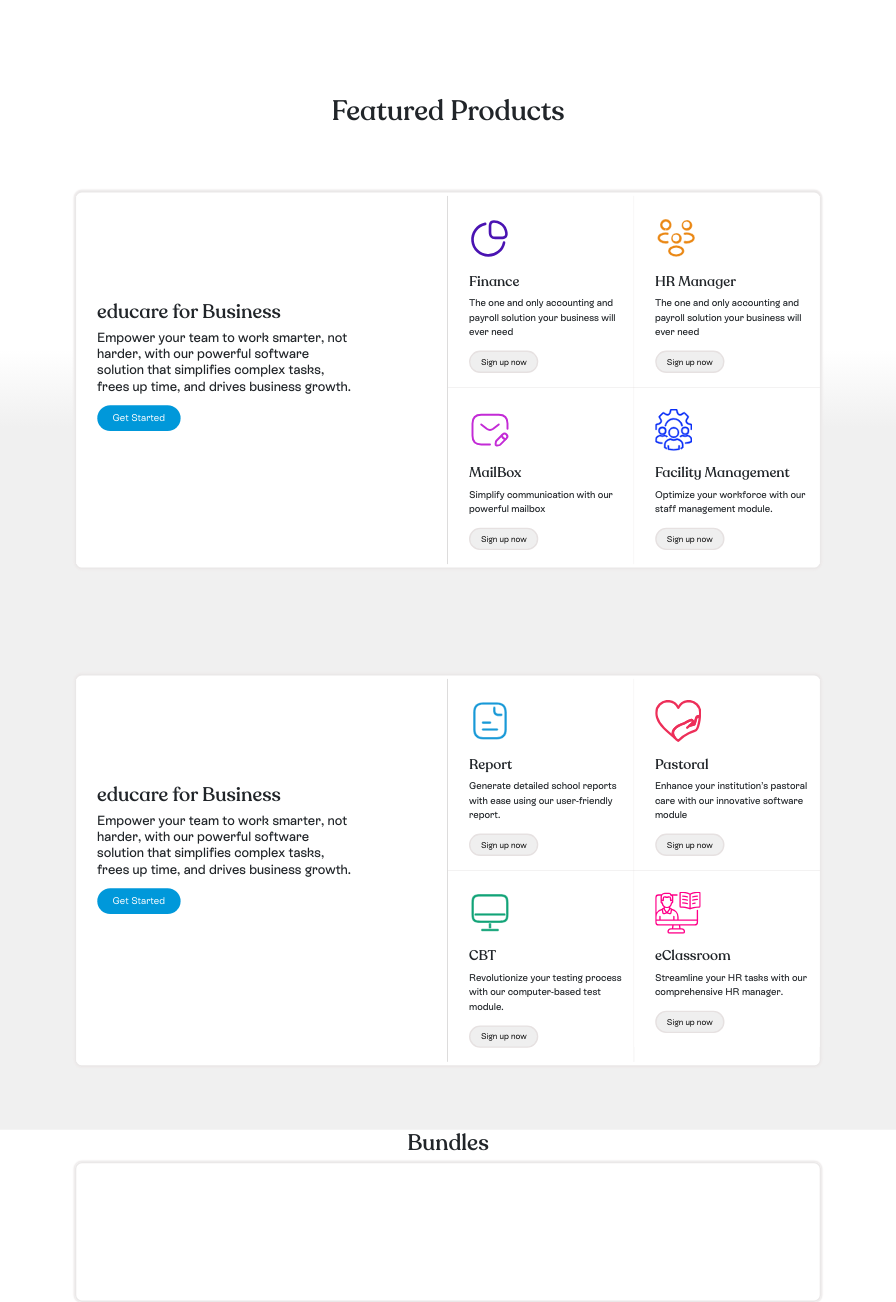
Repository: sarahnnanyelugo/educare-web
Page: /
These files come from the project's save history. The page is drawn as it stood at one moment and after the next save; the edit follows.
The browser window is 1280 px wide. The pictures show the part of the page from y = 927 to 2847 px (the page is 2787 px tall before and 2847 px after), at 70% of full size.
The project was rebuilt for these pictures with package versions that can differ from the ones it lists, and the page was loaded fresh each time.

Above is the page before, as saved 2023-04-05 09:49:18.

### src/App.jsx
import React from "react";
import logo from "./logo.svg";
import "./App.scss";
import "bootstrap/dist/css/bootstrap.min.css";
import { BrowserRouter, Routes, Route, Link, Outlet } from "react-router-dom";
import NavBar from "./components/NavBar/NavBar";
import { Home } from "./pages/Home/Home";

function App() {
  return (
    <>
      {" "}
      <NavBar />
      <Routes>
        <Route path="/" element={<Home />} />
      </Routes>
    </>
  );
}

export default App;

### src/App.scss
@font-face {
  font-family: rebondG;
  src: url(./assets/fonts/Rebond_font/RebondG.otf);
}
@font-face {
  font-family: rebondG-Bold;
  src: url(./assets/fonts/Rebond_font/RebondG-Bold.otf);
}
@font-face {
  font-family: rebondG-Medium;
  src: url(./assets/fonts/Rebond_font/RebondGrotesqueMedium.otf);
}

@font-face {
  font-family: recoMedium;
  src: url(./assets/fonts/Recoleto-font/RecoletaAlt-Medium.ttf);
}

h1,
h2,
h3,
h4,
h5,
h6 {
  font-family: recoMedium;
}
p {
  font-family: rebondG-Medium;
}
@media screen and (min-width: 620px) {
  .flexy {
    display: flex;
  }
}

### src/components/NavBar/NavBar.tsx
import React from "react";
import Logo from "../../assets/images/educare-logo.png";
import { Link, NavLink } from "react-router-dom";
import "./_navbar.scss";

function NavBar() {
  return (
    <div className="navbar-container">
      <div className="logo-holder  ">
        {" "}
        <Link to={"/"}>
          {" "}
          <img className="   logo" src={Logo} alt="Scholar" />
        </Link>
      </div>
      <ul className=" list-inline list-unstyled nav-links-container">
        <li className="list-inline-item">
          <NavLink to={""} className="nav-links">
            Solutions{" "}
            <span>
              <i className="icofont-curved-down"></i>
            </span>
          </NavLink>
        </li>{" "}
        <li className="list-inline-item">
          <NavLink to={""} className="nav-links">
            Resources
          </NavLink>
        </li>{" "}
        <li className="list-inline-item">
          <NavLink to={""} className="nav-links">
            Pricing
          </NavLink>
        </li>{" "}
        <li className="list-inline-item">
          <NavLink to={""} className="nav-links">
            Support
          </NavLink>
        </li>
      </ul>
      <div className="nav-buttons">
        <button className="sign-in-button">Log in</button>
        <button className="get-started-button">Get Started</button>
      </div>
    </div>
  );
}

export default NavBar;

### src/pages/Home/Home.tsx
import React from "react";
import { RandomComponent } from "./RandomComponent/RandomComponent";
import "./_home.scss";
import RedIcon from "../../assets/images/red-dots.svg";
import BlueIcon from "../../assets/images/blue-dots.svg";
import YellowIcon from "../../assets/images/yellow-dots.svg";
import HalfCircle from "../../assets/images/half-circle.svg";
import People from "../../assets/images/people.svg";
import Mail from "../../assets/images/edit.svg";
import People2 from "../../assets/images/people2.svg";
import Pastoral from "../../assets/images/pastoral.svg";
import Chart from "../../assets/images/chart.svg";
import Screen from "../../assets/images/screen.svg";
import Classroom from "../../assets/images/read-book.svg";
import Features from "./Features/Features";

export const Home = () => {
  return (
    <>
      <div className="col-md-12 modern-solutions-container">
        <center>
          <div className="col-md-6">
            <h1>Modern solution for your Business</h1>
            <p>
              Unlock Your Business’s Potential with Cutting-Edge Software
              Solutions Designed to Streamline Operations, Optimize Performance,
              and Drive Growth.
            </p>
            <button className="gs-button">Get started</button>
            <button className="request-button">Request for a demo</button>
          </div>
        </center>
      </div>
      <div className="col-md-12 actions-container">
        <div className="col-md-4">
          <div className="col-md-9">
            {" "}
            <RandomComponent
              title="Pick your tools"
              icon={RedIcon}
              paragraph=" Unlock Your Business Potential with Cutting-Edge Software  Solutions Designed to Streamline"
            />
          </div>
        </div>
        <div className="col-md-4">
          <div className="col-md-9">
            {" "}
            <RandomComponent
              title="work smart not hard"
              icon={YellowIcon}
              paragraph="Choose from our wide range of tools and select the ones that best fit Your business’s unique needs and goals.”"
            />
          </div>
        </div>
        <div className="col-md-4">
          <div className="col-md-9">
            {" "}
            <RandomComponent
              title="We’ve got your back"
              icon={BlueIcon}
              paragraph="You can count on our support and expertise every step of the way, so you can focus on your business’s growth and success."
            />
          </div>
        </div>
      </div>
      <div className="features-heading">
        <center>
          <h1>Featured Products</h1>
        </center>
      </div>
      <div
        className="col-md-12  flexy features-holder"
        style={{ paddingBottom: "150px" }}
      >
        <div className="col-md-1">&nbsp;</div>
        <div className="col-md-10  features-container flexy">
          <div className="col-md-6 first-container">
            <h3>educare for Business</h3>
            <p>
              Empower your team to work smarter, not harder, with our powerful
              software solution that simplifies complex tasks, frees up time,
              and drives business growth.
            </p>
            <button>Get Started</button>
          </div>
          <div className="col-md-6">
            <div className="col-md-12 flexy">
              {" "}
              <div className="col-md-6 right-features">
                <Features
                  feature="Finance"
                  detail="The one and only accounting and payroll solution your business will ever need"
                  icon={HalfCircle}
                />{" "}
              </div>{" "}
              <div className="col-md-6">
                <Features
                  feature="HR Manager"
                  detail="The one and only accounting and payroll solution your business will ever need"
                  icon={People2}
                />{" "}
              </div>
            </div>
            <div className="col-md-12 flexy second-grid">
              {" "}
              <div className="col-md-6 right-features">
                <Features
                  feature="MailBox"
                  detail="Simplify communication with our powerful mailbox"
                  icon={Mail}
                />{" "}
              </div>{" "}
              <div className="col-md-6">
                <Features
                  feature="Facility Management"
                  detail="Optimize your workforce with our staff management module."
                  icon={People}
                />{" "}
              </div>
            </div>
          </div>
        </div>
      </div>{" "}
      <div className="col-md-12  flexy features-holder2">
        <div className="col-md-1">&nbsp;</div>
        <div className="col-md-10  features-container flexy ">
          <div className="col-md-6 first-container">
            <h3>educare for Business</h3>
            <p>
              Empower your team to work smarter, not harder, with our powerful
              software solution that simplifies complex tasks, frees up time,
              and drives business growth.
            </p>
            <button>Get Started</button>
          </div>
          <div className="col-md-6">
            <div className="col-md-12 flexy">
              {" "}
              <div className="col-md-6 right-features">
                <Features
                  feature="Report"
                  detail="Generate detailed school reports with ease using our user-friendly report."
                  icon={Chart}
                />{" "}
              </div>{" "}
              <div className="col-md-6">
                <Features
                  feature="Pastoral"
                  detail="Enhance your institution’s pastoral care with our innovative software module"
                  icon={Pastoral}
                />{" "}
              </div>
            </div>
            <div className="col-md-12 flexy second-grid">
              {" "}
              <div className="col-md-6 right-features">
                <Features
                  feature="CBT"
                  detail="Revolutionize your testing process with our computer-based test module."
                  icon={Screen}
                />{" "}
              </div>{" "}
              <div className="col-md-6">
                <Features
                  feature="eClassroom"
                  detail="Streamline your HR tasks with our comprehensive HR manager."
                  icon={Classroom}
                />{" "}
              </div>
            </div>
          </div>
        </div>
      </div>
      <center className="mt">
        <h2>Bundles</h2>
      </center>
      <div className="col-md-12 bundles-container flexy">
        <div className="col-md-1">&nbsp;</div>
        <div className="col-md-10 bundles"></div>
      </div>
    </>
  );
};

### src/components/NavBar/_navbar.scss
@import "../../variables";
@import "../../shared-styles";

.navbar-container {
  background: inherit;
  padding: 5px 80px;
  display: flex;

  .logo-holder {
    flex-grow: 1;
  }
  .nav-links-container {
    flex-grow: 1;
    margin-top: 20px;
    .nav-links {
      margin: 20px;
      color: #6f6f71;
      text-decoration: none;
      font-family: rebondG-Bold;
    }
    li {
      padding: 3px 0px;
      border-radius: 35px;
      transition: 0.5s ease;
      &:hover {
        background: rgb(224, 222, 222) !important;

        border: solid 1px grey;
      }
    }
  }
  .nav-buttons {
    .get-started-button {
      @include get-started-button;
      margin-left: 10px;
      margin-top: 20px;
    }
    .sign-in-button {
      @include login-or-signup-button;
      margin-top: 20px;
    }
  }
}

### src/pages/Home/RandomComponent/RandomComponent.tsx
import React from "react";
import "./_random-component.scss";
export interface RandomComponentProps {
  title: string;
  paragraph: string;
  icon: string;
}
export const RandomComponent = (props: RandomComponentProps) => {
  return (
    <div className="col-md-12 random-container">
      <div className="heading">
        {" "}
        <img className="" src={props.icon} alt="Scholar" width="100%" />
        <h3>{props.title}</h3>
      </div>
      <p>{props.paragraph}</p>
    </div>
  );
};

### src/pages/Home/_home.scss
@import "../../variables";
@import "../../shared-styles";

.modern-solutions-container {
  padding-top: 80px;
  padding-bottom: 150px;
  background: rgb(240, 240, 240);
  background: linear-gradient(
    0deg,
    rgba(240, 240, 240, 1) 51%,
    rgba(255, 255, 255, 1) 67%
  );

  h1 {
    font-family: recoMedium;
  }
  p {
    font-family: rebondG-Medium;
    font-size: 20px;
    margin-top: 15px;
  }
  .gs-button {
    @include get-started-button;
  }
  .request-button {
    @include login-or-signup-button;
    margin-left: 5px;
  }
}
.actions-container {
  background: $lightblue;
  height: fit-content;
  display: flex;
  padding: 80px 100px;
}
.features-heading {
  margin-top: 170px;
  margin-bottom: 90px;
}
.features-container {
  border: solid 2px rgb(234, 232, 232);
  box-shadow: 0 0 2px 2px rgb(238, 235, 235);
  border-radius: 10px !important;
  height: fit-content;
  // margin-top: 20px;
  padding-bottom: 5px;
  padding-top: 5px;
  background: #fff;
  .first-container {
    padding-right: 130px;
    background: #fff;
    padding-left: 30px;
    border-right: solid 1px rgb(206, 205, 205);
    h3 {
      margin-top: 150px;
    }
    p {
      font-size: 19px;
      line-height: 23px;
    }
    button {
      @include get-started-button;
      margin-bottom: 120px;
    }
  }
  .second-grid {
    border-top: solid 1px rgb(231, 228, 228);
    // box-shadow: 0 0 1px 1px rgb(238, 235, 235);
  }
  .right-features {
    // box-shadow: 0 0 1px 1px rgb(238, 235, 235);
    border-right: solid 1px rgb(231, 228, 228);
  }
}
.features-holder {
  background: rgb(240, 240, 240);
  background: linear-gradient(
    0deg,
    rgba(240, 240, 240, 1) 51%,
    rgba(255, 255, 255, 1) 67%
  );
}
.features-holder2 {
  background: rgb(240, 240, 240);
  background: linear-gradient(
    0deg,
    rgba(255, 255, 255, 1) 67% rgba(240, 240, 240, 1) 51%
  );
  padding-bottom: 90px;
}
.bundles {
  border: solid 2px rgb(234, 232, 232);
  box-shadow: 0 0 2px 2px rgb(238, 235, 235);
  border-radius: 10px !important;
  height: 200px;
  // margin-top: 20px;
  padding-bottom: 5px;
  padding-top: 5px;
}

### src/pages/Home/Features/Features.tsx
import React from "react";
import "./_features.scss";
export interface featuresProps {
  feature: string;
  detail: string;
  icon: string;
}
export const Features = (props: featuresProps) => {
  return (
    <>
      <div className="col-md-12 features">
        <img className="" src={props.icon} alt="Scholar" />
        <h5>{props.feature}</h5>
        <p>{props.detail}</p>
        <button>Sign up now</button>
      </div>
    </>
  );
};

export default Features;

### src/_variables.scss
$blue: #0098da;
$lightblue: #e1f2fa;

@mixin get-started-button {
  background-color: $blue;
  color: #fff;
  border-radius: 35px;
  border: none;
  padding: 8px 22px;
  font-size: 14px;
  font-family: rebondG;
  &:hover {
    background: #005b83;
    transition: 0.5s ease;
  }
}
@mixin login-or-signup-button {
  baclground: #fff;
  color: black;
  border-radius: 20px;
  padding: 5px 15px;
  font-size: 12px;
  border: none;
  border: solid 2px rgb(230, 225, 225);
  font-family: rebondG;
  &:hover {
    background: grey;
    transition: 0.5s ease;
  }
}

### src/_shared-styles.scss
.mt1 {
  margin-top: 10px;
}
.mt2 {
  margin-top: 20px;
}
.mt3 {
  margin-top: 30px;
}
.mt4 {
  margin-top: 40px;
}
.mt5 {
  margin-top: 50px;
}
.mt6 {
  margin-top: 60px;
}
.mt7 {
  margin-top: 70px;
}
.mt8 {
  margin-top: 80px;
}
.mt9 {
  margin-top: 90px;
}

### src/pages/Home/RandomComponent/_random-component.scss
.random-container {
  img {
    width: 20px;
    // margin-right: 10px;
  }
  .heading {
    display: flex;
    h3 {
      font-family: recoMedium;
      margin-left: 10px;
    }
  }
  p {
    font-family: rebondG-Medium;
    margin-left: 30px;
    font-size: 17px;
  }
}

### src/pages/Home/Features/_features.scss
@import "../../../variables";
@import "../../../shared-styles";

.features {
  padding-left: 30px;
  height: fit-content;
  padding-bottom: 20px;
  background: #fff;
  img {
    height: 60px;
    margin-left: 0 !important;
    margin-top: 30px;
    margin-bottom: 20px;
  }
  button {
    @include login-or-signup-button;
    // margin-bottom: 50px;
  }
  p {
    font-size: 14px;
  }
}

Loaded but not shown: public/index.html (common file); src/index.tsx (common file); src/index.css (common file); src/reportWebVitals.ts (common file)

After the next save:
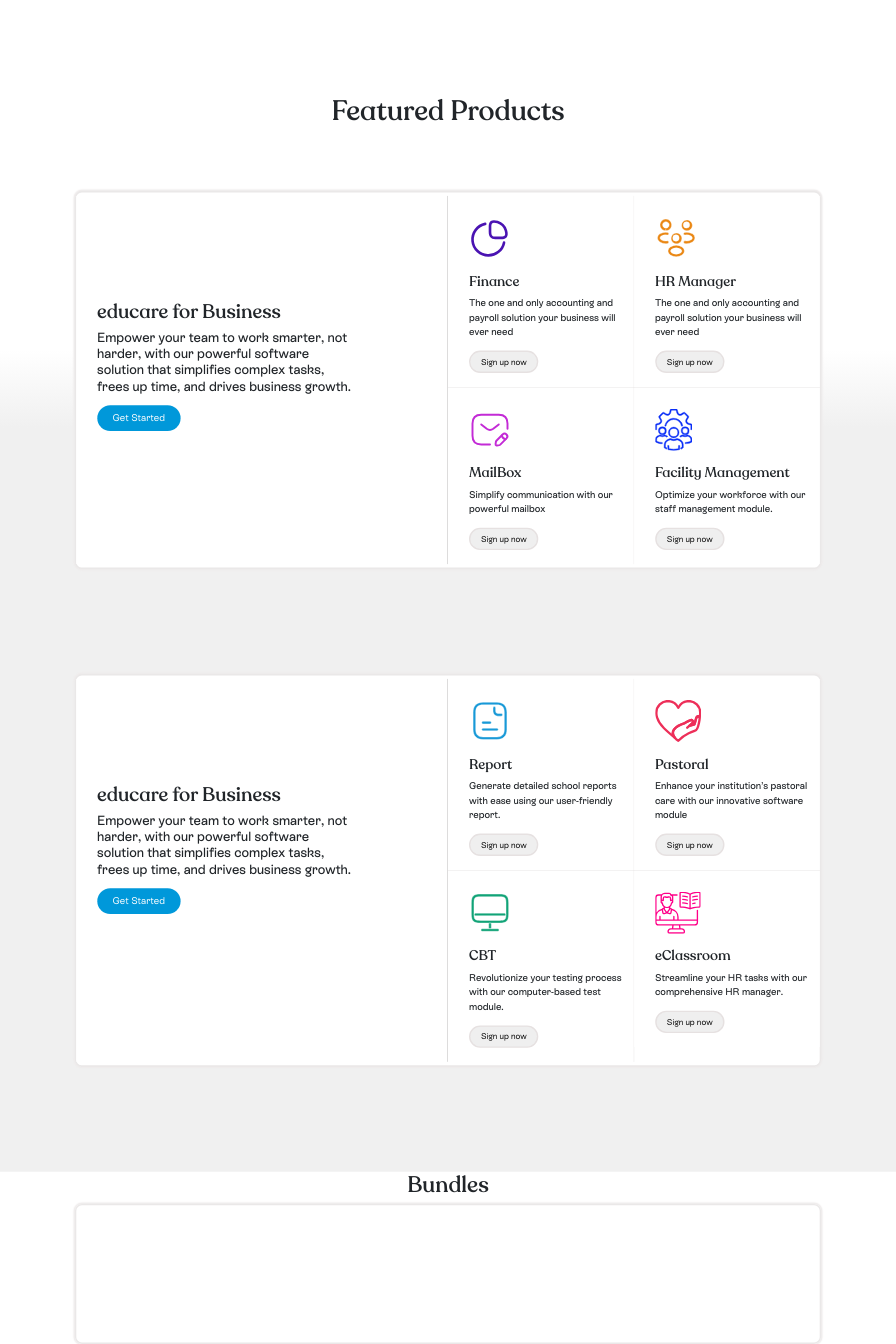
Saved 29 s later.
--- a/src/pages/Home/_home.scss
+++ b/src/pages/Home/_home.scss
@@ -86,7 +86,7 @@
     0deg,
     rgba(255, 255, 255, 1) 67% rgba(240, 240, 240, 1) 51%
   );
-  padding-bottom: 90px;
+  padding-bottom: 150px;
 }
 .bundles {
   border: solid 2px rgb(234, 232, 232);
